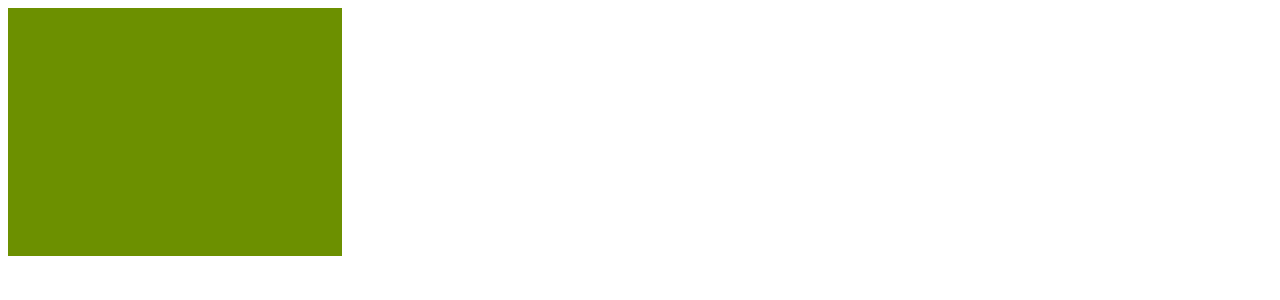
Repository: hojohe/bit-java
Page: 07_css/WebContent/13_animation/exam01.html
An editor plug-in stored every save of this project. The page is shown before and after the next save, followed by the edit.
The browser window is 1280 px wide. The pictures show the whole page.

Above is the page before, as saved 2017-01-25 01:13:07.

### 07_css/WebContent/13_animation/exam01.html
<!DOCTYPE html>
<html>
<head>
<meta charset="EUC-KR">
<title>Insert title here</title>
<style>
	#outer > div {
		width: 100px; height: 100px;

		animation: ani 3s infinite alternate;

	}

	@keyframes ani {
		0% {
			 background-color: red;
		}
		20% {
			 background-color: orange;
			 padding-left: 300px;
		}
		40% {
			 background-color: yello;
			  padding-top: 150px;
			  padding-top: 150px;
		}
		60% {
			 background-color: green;
			 top:300px; right:0px;
		}
		80% {
			 background-color: blue;
			 top:300px; right:300px;
		}
		100% {
			 background-color: purple;
			 top:0px; right:0px;
		}
	}
</style>
</head>
<body>
<div id="outer">
    <div></div>
</div>
</body>
</html>

After the next save:
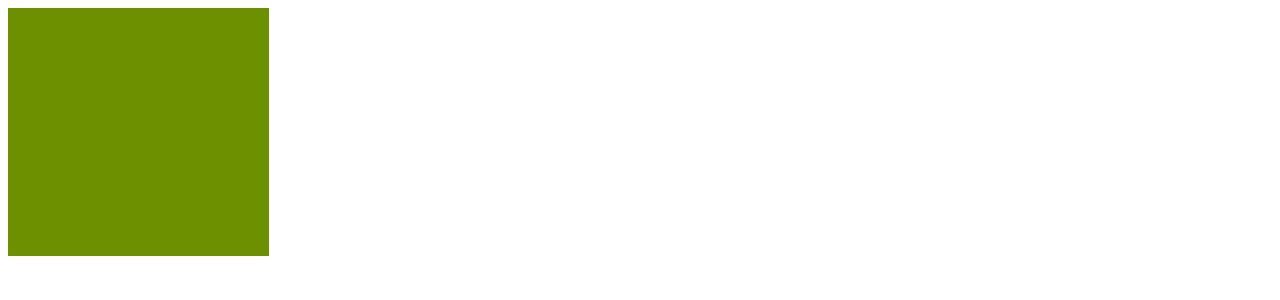
Saved 5 s later.
--- a/07_css/WebContent/13_animation/exam01.html
+++ b/07_css/WebContent/13_animation/exam01.html
@@ -22,7 +22,7 @@
 		40% {
 			 background-color: yello;
 			  padding-top: 150px;
-			  padding-top: 150px;
+			  padding-left: 150px;
 		}
 		60% {
 			 background-color: green;
